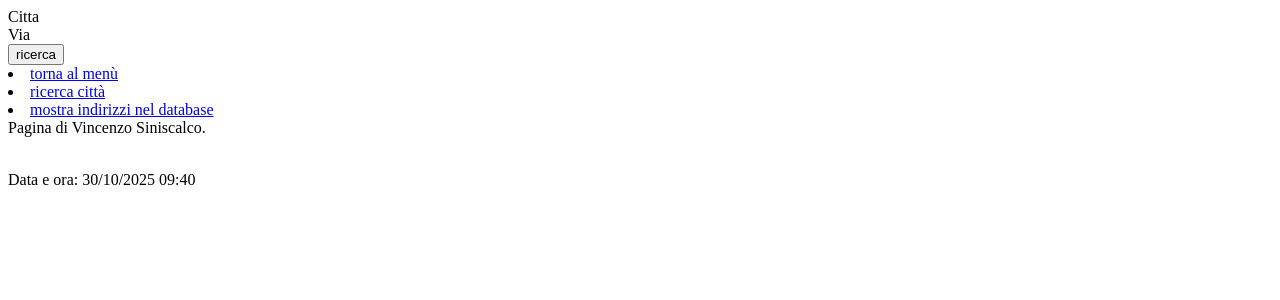
Repository: VincenzoSiniscalco/JavaRepoFinal
Page: http://localhost/esempioMvc2/WEB-INF/views/inserisci.jsp
An editor plug-in stored every save of this project. The page is shown before and after the next save, followed by the edit.
The browser window is 1280 px wide. The pictures show the whole page.
The page is served by Tomcat 9. Nobody is signed in. The template is opened directly, without the code that normally fills it, so the values that code supplies are empty.

Above is the page before, as saved 2025-10-30 15:43:35.

After the next save:
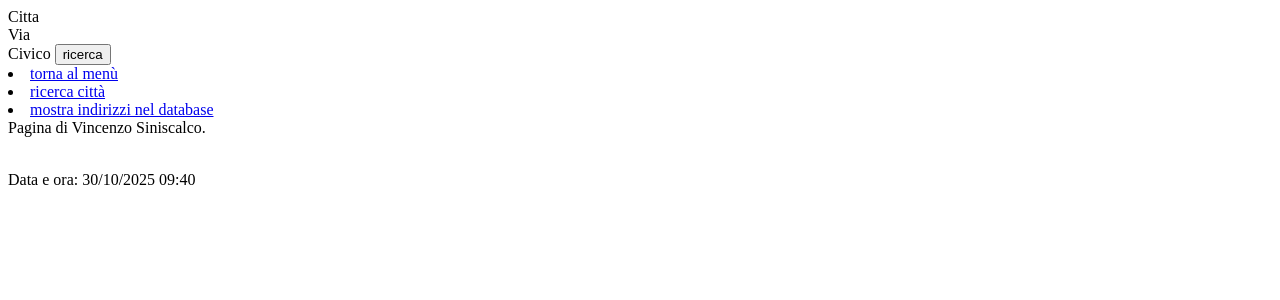
Saved 88 s later.
--- a/esempioMvc2/src/main/webapp/WEB-INF/views/inserisci.jsp
+++ b/esempioMvc2/src/main/webapp/WEB-INF/views/inserisci.jsp
@@ -7,11 +7,12 @@
 <title>Inserimento nuovo indirizzo database</title>
 </head>
 <body>
-<form:form action="/ricerca" method="post" modelAttribute="chiaveIndirizzo">
+	<form:form action="/inserisci" method="post" modelAttribute="chiaveIndirizzo">
 		Citta<form:input path="citta"/>
 		<br>
 		Via<form:input path="via"/>
 		<br>
+		Civico<form:input path="via"/>
 		<input type="submit" value="ricerca">
 	</form:form>
 	<jsp:include page="menuRedirect.jsp"></jsp:include>
